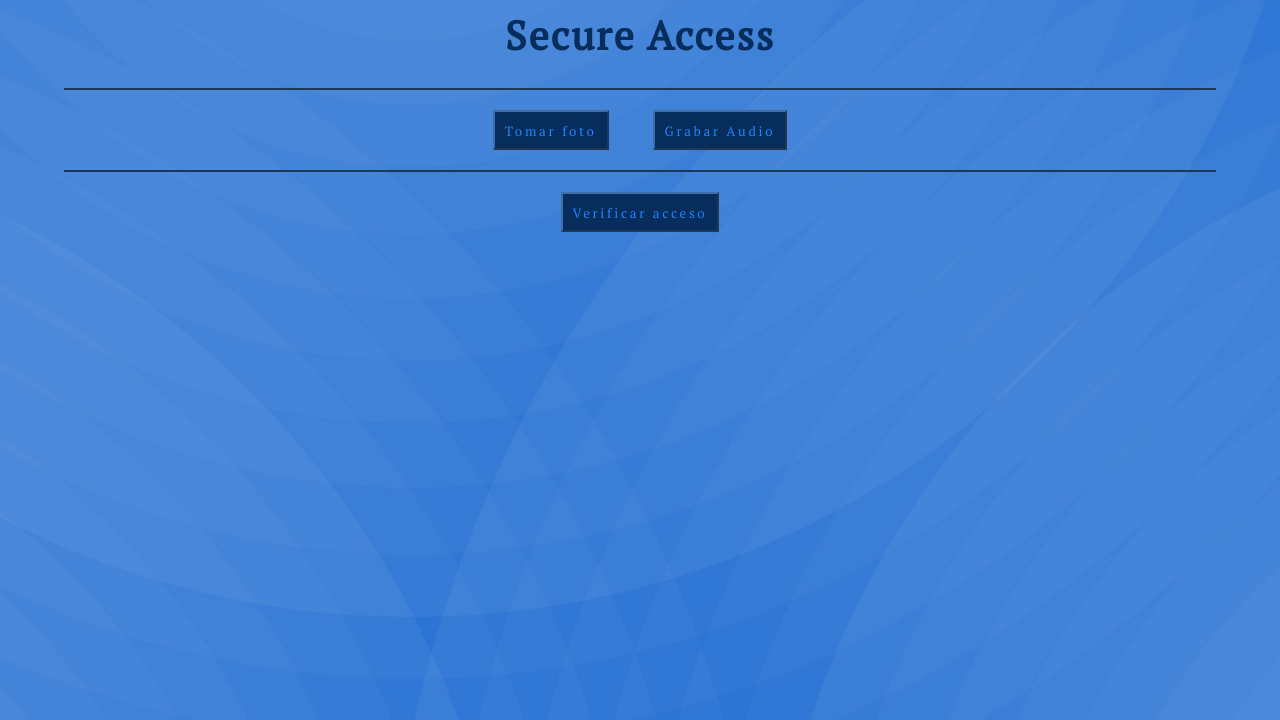
Repository: dabarreiroh/SECURE-ACCESS
Page: accessecure/templates/home/index.html
These files come from the project's save history. The page is drawn as it stood at one moment and after the next save; the edit follows.
The browser window is 1280 px wide. The pictures show the whole page.

Above is the page before, as saved 2020-03-16 23:55:46.

After the next save:
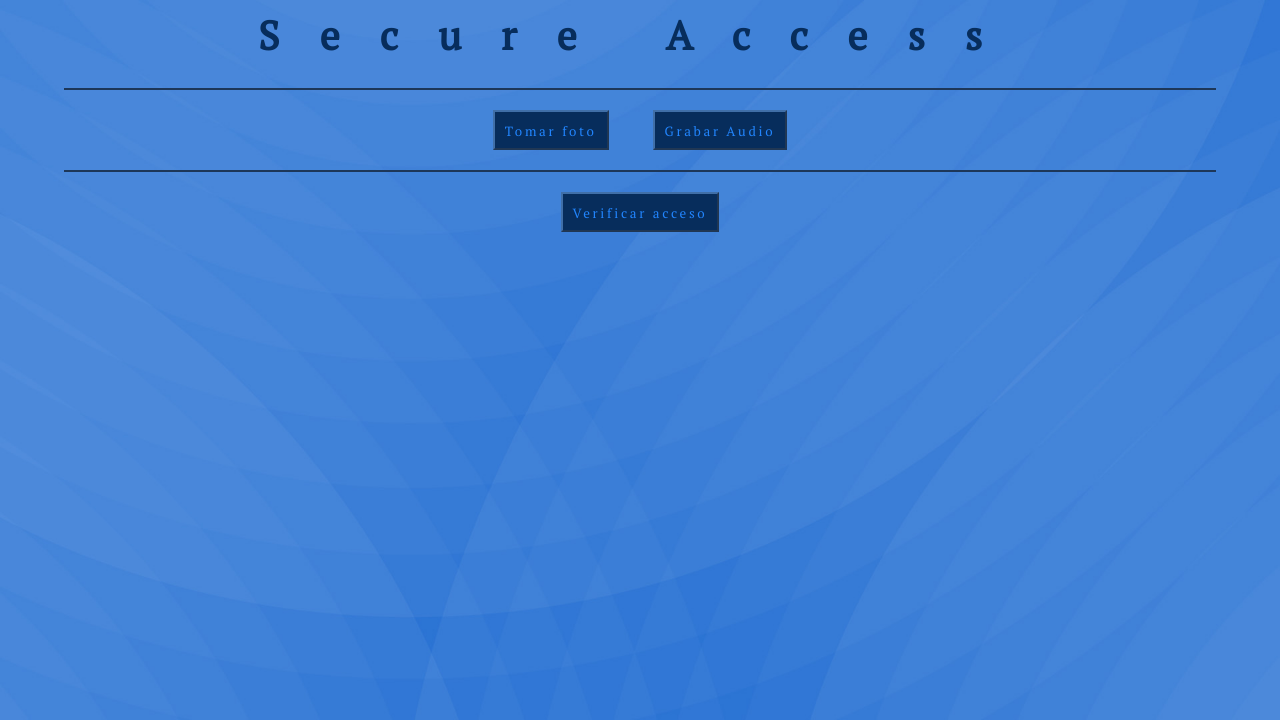
Saved 16 s later.
--- a/accessecure/static/admin/css/index/index.css
+++ b/accessecure/static/admin/css/index/index.css
@@ -11,7 +11,7 @@ body{
 h1{
     color: #072D5C;
     /* color: #1D3759; */
-    letter-spacing: 2px;
+    letter-spacing: 1em;
     font-size: 40px;
 }
 
